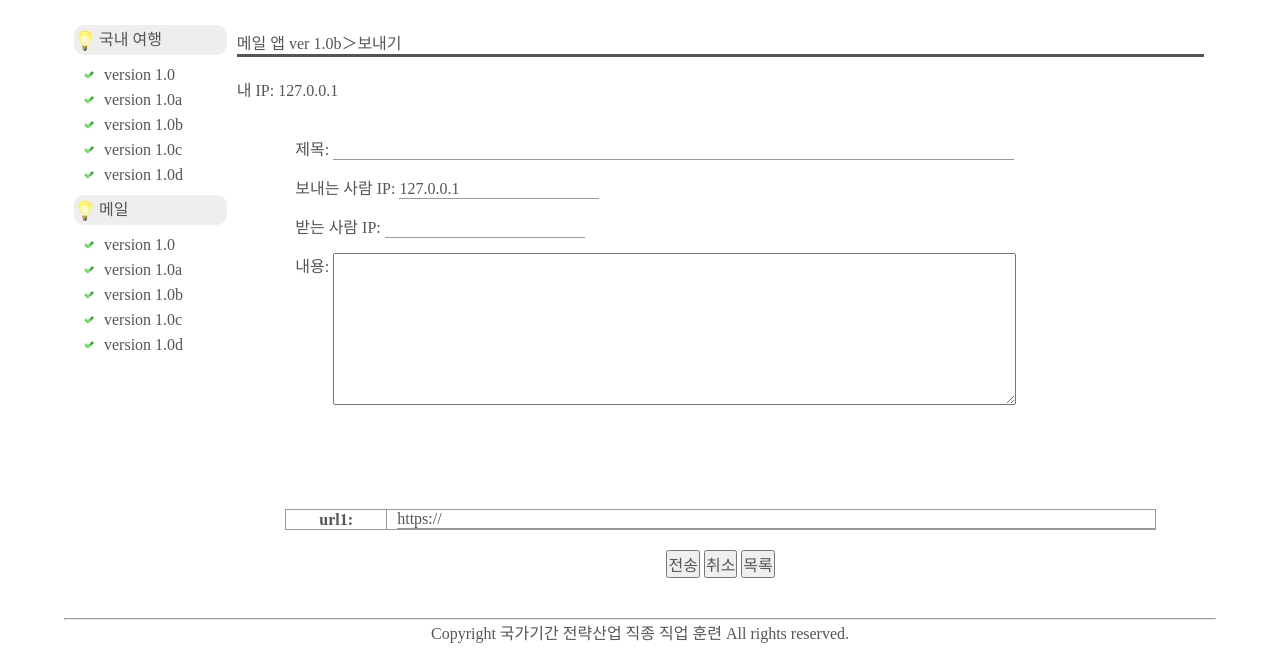
Repository: jangky000/ai_web
Page: http://localhost/blog_v2jc/mail_app1d/create_form.jsp
An editor plug-in stored every save of this project. The page is shown before and after the next save, followed by the edit.
The browser window is 1280 px wide. The pictures show the part of the page from y = 210 to 894 px (the page is 874 px tall before and 894 px after).
The page is served by Tomcat 9. Other server files are loaded and not shown.

Above is the page before, as saved 2020-04-03 00:51:26.

### ws__frame/blog_v2jc/WebContent/mail_app1d/create_form.jsp
<%@ page contentType="text/html; charset=UTF-8" %>

<%
request.setCharacterEncoding("utf-8");
String root = request.getContextPath();
%>

<!DOCTYPE html>
<html lang="ko">
<head>
<meta charset="UTF-8">
<title>메일 앱</title>
<link href="<%=root%>/css/style.css" rel="Stylesheet" type="text/css">
</head>
<body>
<jsp:include page="/menu/top.jsp" flush='false' />
  <div class="title_line">메일 앱 ver 1.0b＞보내기</div>

   <%
    out.print("<p>내 IP: " + request.getRemoteAddr() + "</p>");
    String my_ip = request.getRemoteAddr();
    /* out.print("<p>Remote Host: " + request.getRemoteHost() + "</p>"); */
    /* out.print("<p>X-Forwarded-For: " + request.getHeader("x-forwarded-for") + "</p>"); */
    %>

  <form name='frm' action='./create_proc.jsp' method='POST'>
    <fieldset class="fieldset_basic">
      <!-- <legend class="legend_basic">공지사항 등록</legend> -->
      <ul>
        <li class="li_none">
          <label>제목: </label>
          <input class="input_basic" type="text" name="title" style="width: 80%;" autofocus="autofocus">
        </li>
        <li class="li_none">
          <label>보내는 사람 IP: </label>
          <input class="input_basic" type="text" name="mail_from"  value="<%= my_ip %>" style="width: 200px;" readonly="readonly">
        </li>
        <li class="li_none">
          <label>받는 사람 IP: </label>
          <input class="input_basic" type="text" name="mail_to" style="width: 200px;">
        </li>
        <li class="li_none">
          <label style="vertical-align: top;">내용: </label>
          <textarea name="content" style="width: 80%; height: 150px;"></textarea>
        </li>
        <!-- <li class="li_none">
          <label style="vertical-align: top;">url1: </label>
          <input class="input_basic" type="text" name="url1" style="width: 200px;">
        </li> -->
      </ul>

      <table style="border-collapse: collapse; width: 100%; border: solid 1px #999999; margin-top: 100px;">
        <tr>
          <th style="width: 100px; border: solid 1px #999999;">url1:</th>
          <td style="padding-left: 10px; border: solid 1px #999999;">
            <input class="input_basic" type="text" name="url1" style="width: 100%;" value="https://">
          </td>
        </tr>
      </table>

      <div class ="bottom_menu">
        <button type="submit">전송</button>
        <button type="button" onclick="location.href = './list.jsp'">취소</button>
        <button type="button" onclick="location.href = './list.jsp'">목록</button>
      </div>
    </fieldset>

  </form>

<jsp:include page="/menu/bottom.jsp" flush='false' />
</body>
</html>
</html>

### ws__frame/blog_v2jc/WebContent/menu/top.jsp
<%@ page contentType="text/html; charset=UTF-8" %>
<!-- jsp: include를 사용했기 때문에 root로 인한 충돌이 발생하지 않는다. -->
<% String root = request.getContextPath(); %>

<DIV class='container'>
  <DIV class='top_img'>
    <NAV class="top_menu">
      <a href="<%=root %>" class="menu_link">HOME</a> | 로그인 | 예약 | 조회 | Q&A | 고객센터
    </NAV>
  </DIV>

  <DIV style='margin-top: 10px;'> <!-- 좌측 메뉴 + 내용 시작 -->
    <DIV class='left_menu'> <!--  좌측 메뉴 시작 -->
      <div class="li_left_menu_1" >국내 여행</div>
      <UL>
         <!-- 모든 위치에서 동일한 주소를 찾아야하므로, 절대 경로로 설정 -->
        <LI class="li_left_menu_2"><a href="<%= request.getContextPath() %>/notice1/list.jsp">version 1.0</a></LI>
        <LI class="li_left_menu_2"><a href="<%= request.getContextPath() %>/notice1a/list.jsp">version 1.0a</a></LI>
        <LI class="li_left_menu_2"><a href="<%= request.getContextPath() %>/notice1b/list.jsp">version 1.0b</a></LI>
        <LI class="li_left_menu_2"><a href="<%= request.getContextPath() %>/notice1c/list.jsp">version 1.0c</a></LI>
        <LI class="li_left_menu_2"><a href="<%= request.getContextPath() %>/notice1d/list.jsp">version 1.0d</a></LI>
      </UL>
      <!-- br을 쓰는 것보다 margin으로 여백을 주는 것이 낫다 -->
      <div class="li_left_menu_1">메일</div>
      <UL>
        <LI class="li_left_menu_2"><a href="<%= request.getContextPath() %>/mail_app/list.jsp">version 1.0</a></LI>
        <LI class="li_left_menu_2"><a href="<%= request.getContextPath() %>/mail_app1a/list.jsp">version 1.0a</a></LI>
        <LI class="li_left_menu_2"><a href="<%= request.getContextPath() %>/mail_app1b/list.jsp">version 1.0b</a></LI>
        <LI class="li_left_menu_2"><a href="<%= request.getContextPath() %>/mail_app1c/list.jsp">version 1.0c</a></LI>
        <LI class="li_left_menu_2"><a href="<%= request.getContextPath() %>/mail_app1d/list.jsp">version 1.0d</a></LI>
      </UL>

    </DIV>  <!--  좌측 메뉴 종료 -->

    <DIV class='content_body'> <!--  내용 시작 -->

### ws__frame/blog_v2jc/WebContent/menu/bottom.jsp
<%@ page contentType="text/html; charset=UTF-8" %>

    </DIV> <!-- 내용 종료 -->
  </DIV> <!-- 좌측 메뉴 + 내용 종료 -->

  <!-- 화면 하단 메뉴 -->
  <DIV class='copyright'>
    <HR>
    Copyright 국가기간 전략산업 직종 직업 훈련 All rights reserved.
  </DIV>

</DIV> <!-- 컨테이너 종료 -->

### ws__frame/blog_v2jc/WebContent/css/style.css
/* ver 0.2 */
/* 모든 태그에 적용 */
  *{
     font-family: Malgun Gothic;
     font-size: 16px;
     margin: 0px;  /* top right bottom left */
     padding: 0px;
     color: #555555;
  }

  .container {
    width: 90%;
    margin: 10px auto;
  }

  /*
  이미지 경로 지정
  권장하지 않는 방법(절대경로): background-image: url('/blog_v2jc/css/images/top_image.jpg');
  권장하는 방법(상대경로): background-image: url('./images/top_image.jpg');
  style.css 파일이 include(link)되는 폴더를 현재 폴더로 인식함
  /blog_v2jc/css/style.css에서 사용
  /blog_v2jc/css/images/top_image.jpg 인식
   */
  .top_img {
    width: 100%;
    height: 200px;
    /* background-image: url('/blog_v2jc/menu/images/top_image.jpg'); */
    background-image: url('./images/top_image2.jpg');
    background-size: auto 100%; /* 가로 세로 */
    background-position: center center;
    background-repeat: no-repeat;
  }

  .top_menu {
    position: relative;  /* 부모 태그 기준 화면 상단 기준 */
    top: 80%;
    /* left: 2px;  */
    background-color: rgba(50, 50, 255, 0.3);
    color: white;
  }

  .left_menu {
    width: 15%;
    float: left;
  }

  .content_body {
    width: 84%;
    float: left;
  }

  .content_bottom {

  }

  .bottom_menu {
    text-align: center;
    margin: 20px auto;
    clear: both;
  }

  .copyright {
    text-align: center;
    margin: 20px auto; /* 블럭 가운데 정렬 */
    clear: both; /*  float: left; 해제 float 효과를 제거 */
  }

  .li_warning{/* 경고 메시지 */
    list-style: none;
    margin: 15px 10px;
    color: #ff6600;
  }

  .li_error{ /* 에러 메시지 */
    list-style: none;
    margin: 15px 10px;
    color: #FF0000;
  }

  .li_none{
    list-style: none;
    margin: 15px 10px;
  }

  .fieldset_basic{
    width:90%;
    margin:10px auto;
    border-top: none;
    border-right: none;
    border-bottom: none;
    border-left: none;
    padding: 10px;
  }

  .legend_basic{
    margin-left:30px;
    border:solid 1px #999999;
    background-color: #A6C2FF;
    color:#FFFFFF;
  }

  input:focus {outline:none;}
  .input_basic{
    border-top: none;
    border-right: none;
    border-bottom: solid 1px #999999;
    border-left: none;
  }

  .title_line{
    text-align:left;
    /* text-decoration: underline; */
    border-bottom: solid 3px #555555;
    width: 100%;
    margin: 20px auto;

  }

  .sub_menu{
    text-align: right;
    width: 100%;
  }

  .table_basic{
    border-collapse: collapse; /* 셀 합치기 */
    margin: 2px auto;
    width: 100%;
    margin-bottom: 100px;
  }

  /*
    1em 기본값: 16px, 주변 태그의 글자 크기를 1em으로 인식
    div 태그가 20px일 경우 자식 태그가 0.5em이면 최종적으로 10px이 적용됨.
  */
  .th_basic{
    font-size: 0.8em;
    border-bottom: solid 1px #999999;
  }

  .td_basic{
    background-color: #ffffff;

    border-top: none;
    border-right: none;
    border-bottom: solid 1px #dddddd;
    border-left: none;

    text-align: center;
  }

  .td_left{
    background-color: #ffffff;

    border-top: none;
    border-right: none;
    border-bottom: solid 1px #dddddd;
    border-left: none;

    text-align: left;
  }

  A:link{  /* 방문전 상태 */
    text-decoration: none; /* 밑줄 삭제 */
    color: #555555;
  }

  A:visited{  /* 방문후 상태 */
    text-decoration: none; /* 밑줄 삭제 */
    color: #555555;
  }

  A:hover{  /* A 태그에 마우스가 올라간 상태 */
    text-decoration: underline; /* 밑줄 출력 */
    color: #7777FF;
  }

  A:active{  /* A 태그를 클릭한 상태 */
    text-decoration: underline; /* 밑줄 출력 */
    color: #7777FF;
  }

  /* top menu */
  .menu_link:link{  /* 방문전 상태 */
    text-decoration: none; /* 밑줄 삭제 */
    color: white;
  }

  .menu_link:visited{  /* 방문후 상태 */
    text-decoration: none; /* 밑줄 삭제 */
    color: white;
  }

  .menu_link:hover{  /* A 태그에 마우스가 올라간 상태 */
    text-decoration: underline; /* 밑줄 출력 */
    color: white;
    /* font-weight: bold; */
  }

  .menu_link:active{  /* A 태그를 클릭한 상태 */
    text-decoration: underline; /* 밑줄 출력 */
    color: white;
  }

  .content_title{
    border-top: none;
    border-right: none;
    border-bottom: solid 1px #999999;
    border-left: none;

    margin-bottom: 20px;
  }

  .content_bottom{
    border-top: none;
    border-right: none;
    border-bottom: none;
    border-left: none;
    margin: 20px 0;
    text-align: right;
    font-size: 0.8em;
  }

  .li_left_menu_1{/* 화면 좌측 대분류 */
    list-style: none;
    margin: 15px 10px;
    background: url(./images/li_left_menu_1.png) left center no-repeat; /* url 왼쪽 중간 반복x */
    background-color:#eeeeee;
    border-radius:10px;
    background-size: 22px;
    padding-left: 25px;
    line-height: 30px;
  }

  .li_left_menu_2{/* 화면 좌측 중분류 */
    list-style: none;
    margin: 15px 10px;
    background: url(./images/li_left_menu_2.png) left center no-repeat; /* url 왼쪽 중간 반복x */
    background-size: 10px;
    margin-left: 20px;
    padding-left: 20px;
    line-height: 10px;
  }

After the next save:
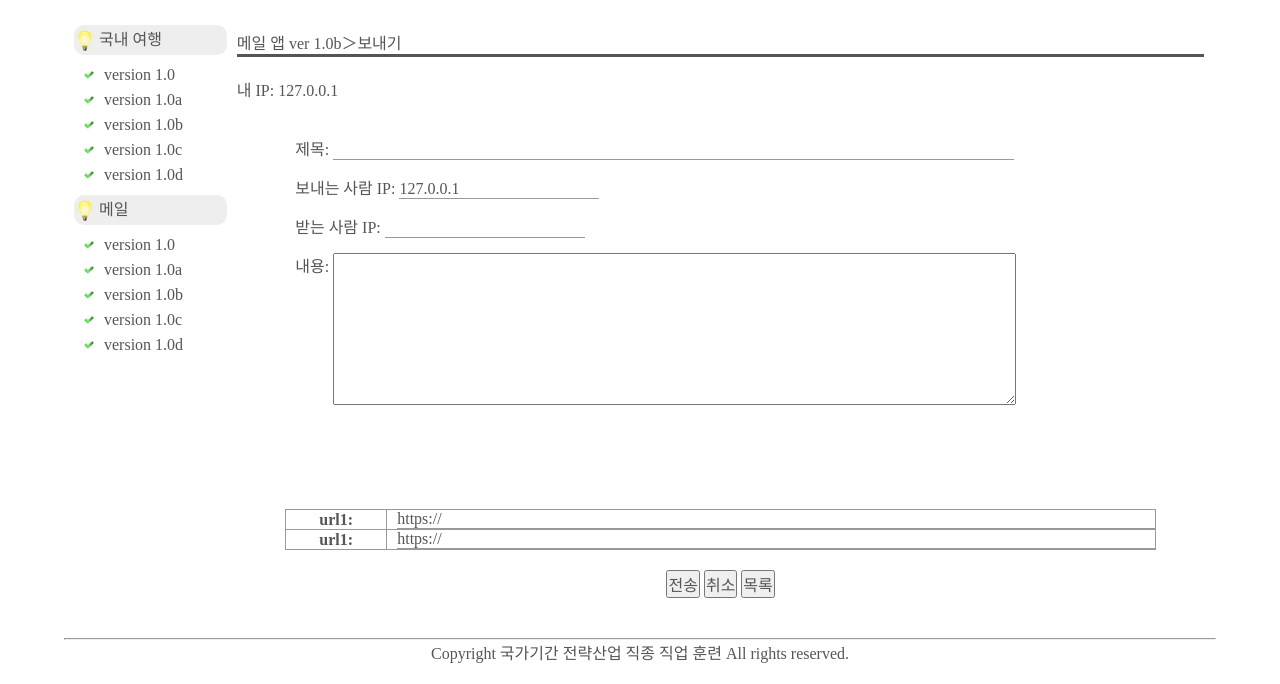
Saved 90 min 45 s later.
--- a/ws__frame/blog_v2jc/WebContent/mail_app1d/create_form.jsp
+++ b/ws__frame/blog_v2jc/WebContent/mail_app1d/create_form.jsp
@@ -56,6 +56,12 @@ String root = request.getContextPath();
             <input class="input_basic" type="text" name="url1" style="width: 100%;" value="https://">
           </td>
         </tr>
+        <tr>
+          <th style="width: 100px; border: solid 1px #999999;">url1:</th>
+          <td style="padding-left: 10px; border: solid 1px #999999;">
+            <input class="input_basic" type="text" name="url1" style="width: 100%;" value="https://">
+          </td>
+        </tr>
       </table>
 
       <div class ="bottom_menu">
